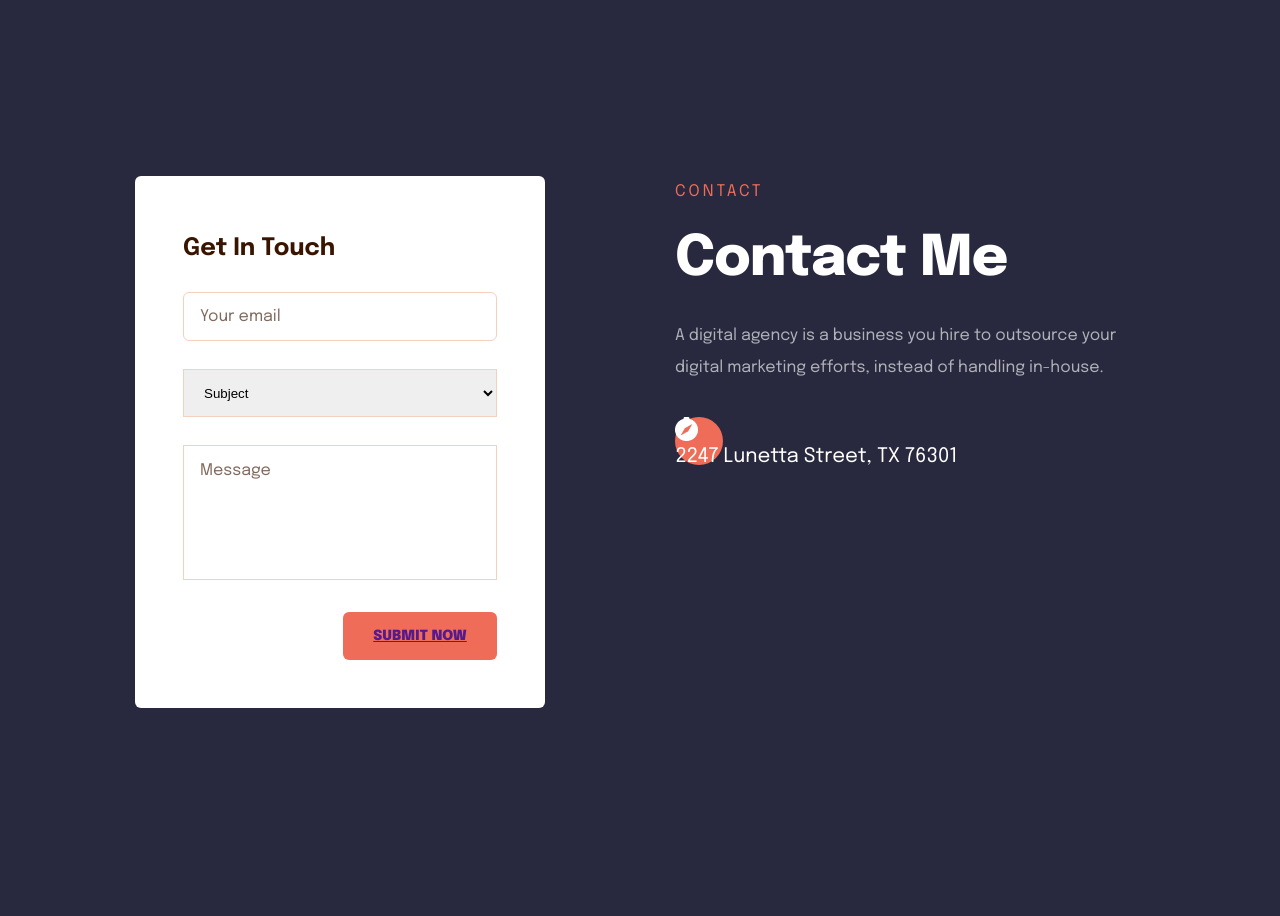
Repository: simralgasimov/contact-me
Page: index.html
An editor plug-in stored every save of this project. The page is shown before and after a run of saves, followed by the edit.
The browser window is 1280 px wide. The pictures show the whole page.

Above is the page before, as saved 2023-10-04 13:36:26.

### index.html
<!DOCTYPE html>
<html lang="en">
  <head>
    <meta charset="UTF-8" />
    <meta name="viewport" content="width=device-width, initial-scale=1.0" />
    <title>Document</title>
    <link rel="stylesheet" href="./index.css" />
  </head>
  <body>
    <div class="container">
        <form action="">
          <p>Get In Touch</p>
          <label for="">
            <input type="email" placeholder="Your email" />
          </label>

          <label for="subject">
            <select name="" id="subject">
              <option value="subject">Subject</option>
              <option value="subject">Subject</option>
              <option value="subject">Subject</option>
            </select>
          </label>

          <label for="">
            <textarea name=""  placeholder="Message" id=""></textarea>
            <!-- <input type="textarea" name="" id="" /> -->
          </label>
          <button><a href="">Submit Now</a></button>
        </form>


      <div class="contact-me">
        <h1>Contact</h1>
        <h2>Contact Me</h2>
        <p>
          A digital agency is a business you hire to outsource your digital
          marketing efforts, instead of handling in-house.
        </p>
        <div class="cirycle">
          <img src="./img/Shape.png" alt="" />
          <p>2247 Lunetta Street, TX 76301</p>
        </div>
      </div>
    </div>
  </body>
</html>

### index.css
@import url("https://fonts.googleapis.com/css2?family=Epilogue:wght@400;700;800;900&display=swap");
* {
  margin: 0;
  padding: 0;
  box-sizing: border-box;
}

.container {
  padding: 176px 135px 208px 135px;
  background: #28293e;
  display: flex;
  /* justify-content: space-between; */
}

.container p {
  margin-bottom: 27px;
  color: var(--Text_Dark, #391400);
  font-feature-settings: "clig" off, "liga" off;

  font-family: Epilogue;
  font-size: 24px;
  font-style: normal;
  font-weight: 700;
  line-height: 32px;
}

.container form {
  width: 570px;
  margin-right: 130px;
  padding: 57px 48px 48px 48px;
  border-radius: 6px;
  background: #fff;
}

.container input {
  padding: 16px;
  border-radius: 6px;
  border: 1px solid #f3d1bf;
  background: #fff;
}
.container input::placeholder,
.container textarea::placeholder {
  color: var(--Text_Dark_Gray, rgba(57, 20, 0, 0.64));
  font-feature-settings: "clig" off, "liga" off;
  font-family: Epilogue;
  font-size: 16px;
  font-style: normal;
  font-weight: 400;
  line-height: 32px;
}

.container form label {
  display: block;
  margin-bottom: 28px;
}

.container input,
.container textarea,
.container select {
  width: 100%;
  border: 1px solid #f3d1bf;
}
.container input [type="email"] {
  height: 48px;
}

.container select {
  height: 48px;
  padding: 0 16px;
}

.container textarea {
  height: 135px;
  padding: 9px 16px;
  resize: none;
}

.container form button {
  width: 154px;
  height: 48px;
  border-radius: 6px;
  background: #ef6d58;
  border: none;
  float: right;

  text-decoration: none;
  color: #fff;
  text-align: center;
  font-family: Epilogue;
  font-size: 14px;
  font-style: normal;
  font-weight: 900;
  line-height: normal;
  text-transform: uppercase;
}

.container form button a {

}

.container .contact-me h1 {
  margin-bottom: 20px;
  width: 86px;
  color: var(--Text_Light_Accent, #ef6d58);
  font-feature-settings: "clig" off, "liga" off;
  font-family: Epilogue;
  font-size: 16px;
  font-style: normal;
  font-weight: 400;
  line-height: 32px;
  letter-spacing: 3px;
  text-transform: uppercase;
}

.container .contact-me h2 {
  margin-bottom: 28px;
  width: 334px;
  color: var(--Text_Light, #fff);
  font-feature-settings: "clig" off, "liga" off;
  font-family: Epilogue;
  font-size: 56px;
  font-style: normal;
  font-weight: 800;
  line-height: 64px;
  letter-spacing: -1px;
}

.container .contact-me p {
  margin-bottom: 33px;
  width: 470px;
  color: var(--Text_Light_Gray, rgba(255, 255, 255, 0.64));
  font-feature-settings: "clig" off, "liga" off;

  font-family: Epilogue;
  font-size: 16px;
  font-style: normal;
  font-weight: 400;
  line-height: 32px;
}

.container .contact-me .cirycle {
  /* position: relative; */
  width: 48px;
  height: 48px;
  background-color: #ef6d58;
  border-radius: 50%;
}

.container .contact-me .cirycle img {
  /* position: absolute; */
  /* margin: 13px; */

  display: flex;
  justify-content: center;
  align-content: center;
}

.container .contact-me .cirycle p {
  display: flex;
  justify-content: center;
  align-items: center;
  align-content: center;
  /* margin-left: 90px; */
  width: 283px;
  color: var(--Text_Light, #fff);
  font-feature-settings: "clig" off, "liga" off;

  font-family: Epilogue;
  font-size: 20px;
  font-style: normal;
  font-weight: 400;
  line-height: 32px;
}

After the next 2 saves:
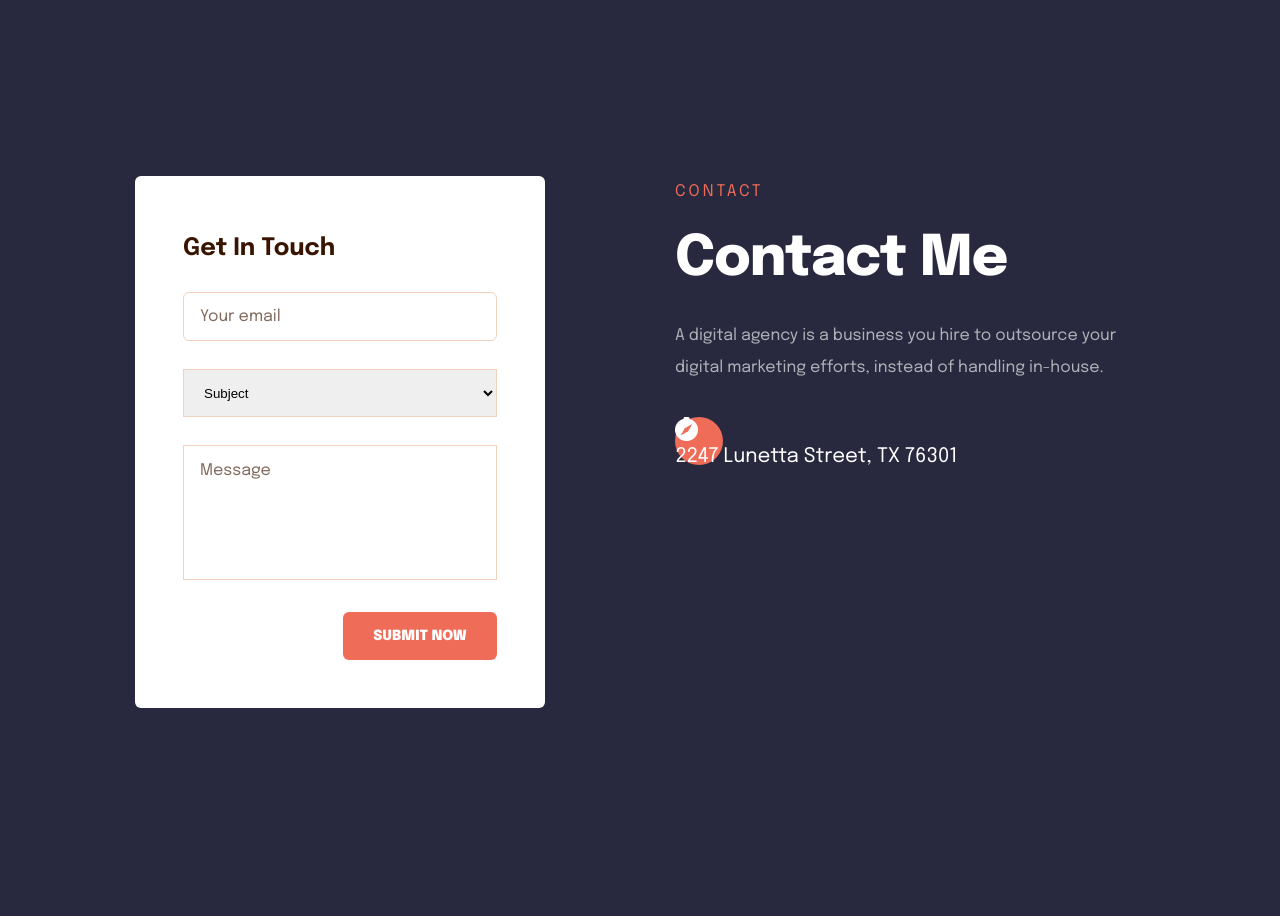
The 2 saves are shown as one change because they came seconds apart.
The last was saved 9 s later.
--- a/index.html
+++ b/index.html
@@ -26,7 +26,7 @@
             <textarea name=""  placeholder="Message" id=""></textarea>
             <!-- <input type="textarea" name="" id="" /> -->
           </label>
-          <button><a href="">Submit Now</a></button>
+          <button>Submit Now</button>
         </form>
 
 
